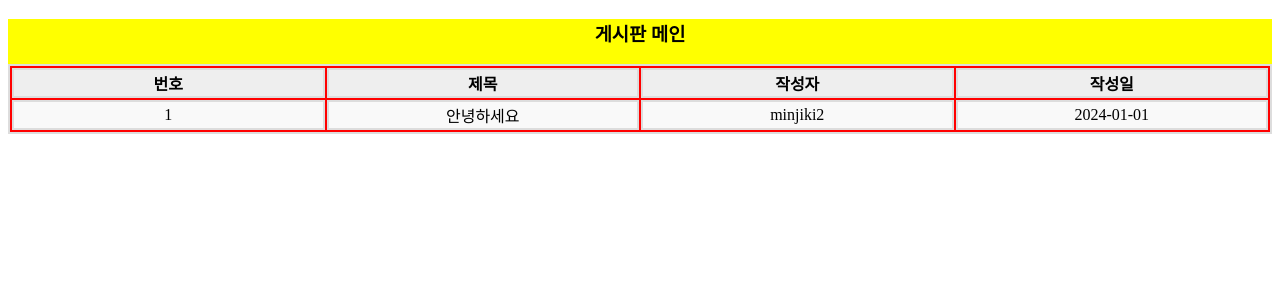
Repository: minjikimkim2222/BBS
Page: http://localhost/BBS/bbs.jsp
The author's editor kept a copy of each file at every save. The page is drawn from the files as they stood at one save, then again after the next save.
The browser window is 1280 px wide. The pictures show the whole page.
The page is served by Tomcat 9. Other server files are loaded and not shown.

Above is the page before, as saved 2024-01-01 14:22:41.

### BBS/src/main/webapp/bbs.jsp
<%@ page language="java" contentType="text/html; charset=UTF-8"
    pageEncoding="UTF-8"%>
<!DOCTYPE html>
<html>
<head>

	<meta HTTP-EQUIV="content-type" CONTENT="text/html; CHARSET=UTF-8" charset = "UTF-8"> <!--  클라이언트 문자 인코딩 방식  -->
	<meta name="viewport" content="width=device-width, initial-scale=1.0">
	<link rel = "stylesheet" href = "css/bootstrap.css">

	<style>
		.container-fluid {
		background-color : red;


		}

		.container {
			background-color : blue;
		}

		.row {
			background-color : yellow;
		}

		table, th, td {
			border : 2px solid #dddddd;
		}

		table {
		 	width : 100%;
		}
	</style>
	<title>bbs 게시판 화면</title>
</head>
<body>

<!-- 게시판 메인 페이지 영역 시작  -->

	<div class = "container">
		<div class = "row">
			<h3 style = "text-align : center;">게시판 메인</h3>

			<div class = "container-fluid">
				<table class = "table table-striped" style = "text-align : center;">
					<thead>
						<tr>
							<th style = "background-color : #eeeeee" >번호</th>
							<th style = "background-color : #eeeeee">제목</th>
							<th style = "background-color : #eeeeee">작성자</th>
							<th style = "background-color : #eeeeee">작성일</th>
						</tr>
					</thead>
					<tbody>
						<tr>
							<td width = "25%">1</td>
							<td width = "25%">안녕하세요</td>
							<td width = "25%">minjiki2</td>
							<td width = "25%">2024-01-01</td>
						</tr>
					</tbody>
				</table>

			<!-- 글쓰기 버튼 생성, 버튼 누르면 write.jsp 페이지로 이동할 것 -->
			</div>
		</div>
	</div>
</body>
</html>

### BBS/src/main/webapp/css/bootstrap.css
@charset "UTF-8";

.form-group {
  margin-bottom: 20px;
}

.form-control {
  display: block;
  width: 100%;
  height: 40px;
  padding: 10px 15px;
  font-size: 14px;
  line-height: 1.42857143;
  color: #555;
  background-color: #fff;
  background-image: none;
  border: 1px solid #ccc;
  border-radius: 4px;
  -webkit-box-shadow: inset 0 1px 1px rgba(0, 0, 0, .075);
          box-shadow: inset 0 1px 1px rgba(0, 0, 0, .075);
  -webkit-transition: border-color ease-in-out .15s, -webkit-box-shadow ease-in-out .15s;
       -o-transition: border-color ease-in-out .15s, box-shadow ease-in-out .15s;
          transition: border-color ease-in-out .15s, box-shadow ease-in-out .15s;
  box-sizing: border-box; /* 추가된 부분 */
}

.container {
  padding-right: 15px;
  padding-left: 15px;
  margin-right: auto;
  margin-left: auto;

}

.jumbotron {
  padding-top: 30px;
  padding-bottom: 30px;
  margin-bottom: 30px;
  color: inherit;
  background-color: #eee;
  box-sizing: border-box; /* 추가된 부분 */
}

.col-lg-4 {
  width: 33.33333333%;
}


.col-lg-5 {
    width: 41.66666667%;
}


/* 게시판 기능 추가 이후 */

/*
table {
  background-color: transparent;
}
*/
.table-striped > tbody > tr:nth-of-type(odd) {
  background-color: #f9f9f9;
}

.col-lg-8 {
  width: 66.66666667%;
}

 .row {
  margin-right: -15px;
  margin-left: -15px;
}

After the next save:
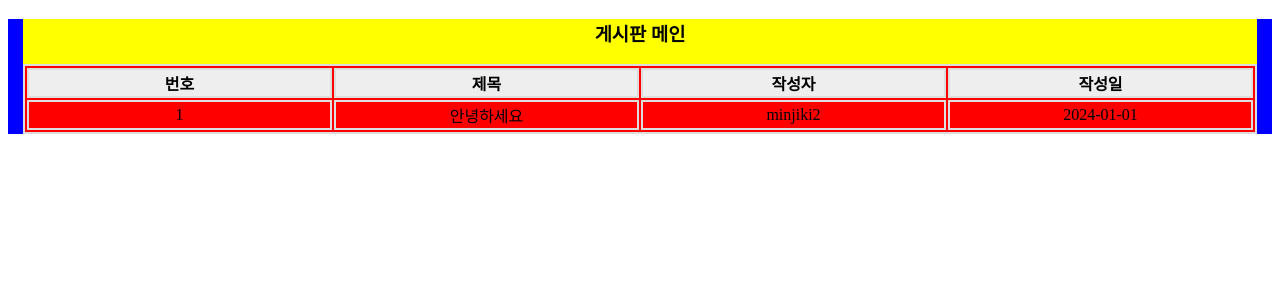
Saved 5 min 28 s later.
--- a/BBS/src/main/webapp/css/bootstrap.css
+++ b/BBS/src/main/webapp/css/bootstrap.css
@@ -57,7 +57,7 @@
 table {
   background-color: transparent;
 }
-*/
+
 .table-striped > tbody > tr:nth-of-type(odd) {
   background-color: #f9f9f9;
 }
@@ -70,3 +70,4 @@ table {
   margin-right: -15px;
   margin-left: -15px;
 }
+*/
